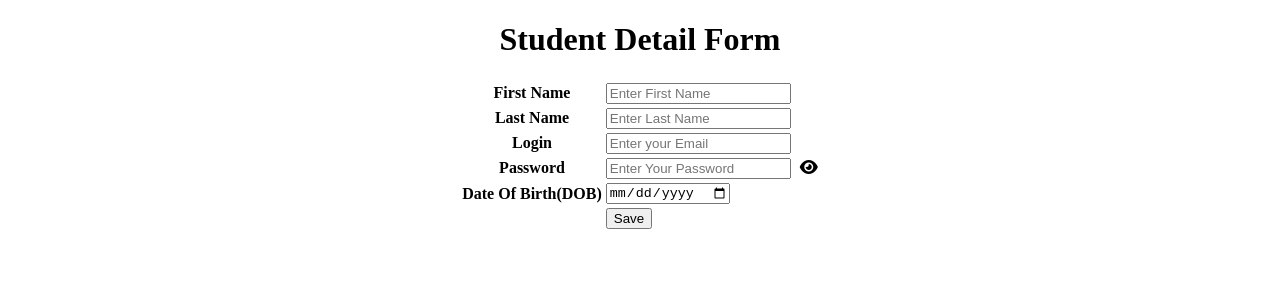
Repository: Abhi070717/Advance-Java
Page: http://localhost/jsp-servlet/UserForm.jsp
An editor plug-in stored every save of this project. The page is shown before and after the next save, followed by the edit.
The browser window is 1280 px wide. The pictures show the whole page.
The page is served by Tomcat 9. Other server files are loaded and not shown.

Above is the page before, as saved 2026-01-21 10:30:47.

### Jsp-servlet/jsp-servlet/WebContent/UserForm.jsp
<%@ page language="java" contentType="text/html; charset=ISO-8859-1"
	pageEncoding="ISO-8859-1"%>
<!DOCTYPE html>
<html>
<head>
<meta charset="ISO-8859-1">
<title>Student Form</title>
<style>
.eye {
	cursor: pointer;
	margin-left: 5px;
}
</style>
<link rel="stylesheet"
	href="https://cdnjs.cloudflare.com/ajax/libs/font-awesome/6.5.0/css/all.min.css">
<script>
	function togglePassword() {
		var pwd = document.getElementById("password");
		if (pwd.type === "password") {
			pwd.type = "text";
		} else {
			pwd.type = "password";
		}
	}
</script>
</head>
<body>

	<div align="center">

		<form>
			<h1>Student Detail Form</h1>
			<table>
				<tr>
					<th>First Name</th>
					<td><input type="text" name="firstName" value=""
						placeholder="Enter First Name"></td>
				</tr>
				<tr>
					<th>Last Name</th>
					<td><input type="text" name="lastName" value=""
						placeholder="Enter Last Name"></td>
				</tr>
				<tr>
					<th>Login</th>
					<td><input type="email" name="login" value=""
						placeholder="Enter your Email"></td>
				</tr>
				<tr>
					<th>Password</th>
					<td><input type="password" id="password" name="password"
						placeholder="Enter Your Password"> <span class="eye"
						onclick="togglePassword()"><i class="fa fa-eye"></i></span></td>
				</tr>

				<tr>
					<th>Date Of Birth(DOB)</th>
					<td><input type="date" name="DOB" value=""></td>
				</tr>
				<tr>
					<th></th>
					<td><input type="Submit" name="operation" value="Save"></td>
				</tr>
			</table>

		</form>

	</div>

</body>
</html>

After the next save:
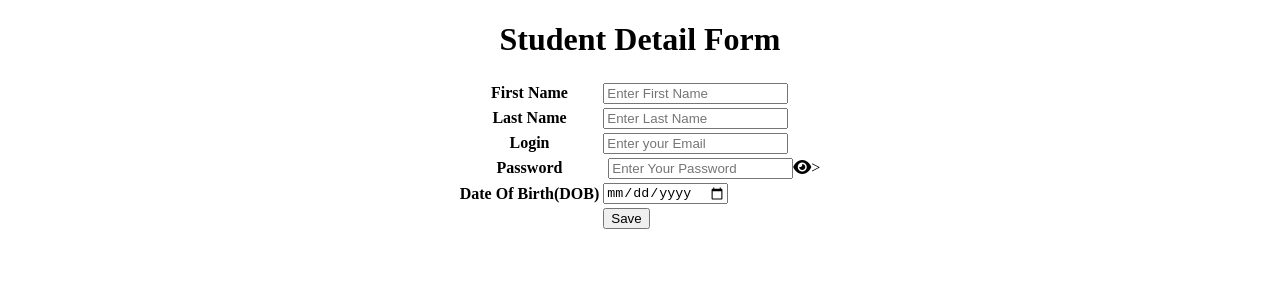
Saved 36 s later.
--- a/Jsp-servlet/jsp-servlet/WebContent/UserForm.jsp
+++ b/Jsp-servlet/jsp-servlet/WebContent/UserForm.jsp
@@ -49,8 +49,8 @@
 				<tr>
 					<th>Password</th>
 					<td><input type="password" id="password" name="password"
-						placeholder="Enter Your Password"> <span class="eye"
-						onclick="togglePassword()"><i class="fa fa-eye"></i></span></td>
+						placeholder="Enter Your Password"<span class="eye"
+						onclick="togglePassword()"><i class="fa fa-eye"></i></span>> </td>
 				</tr>
 
 				<tr>
